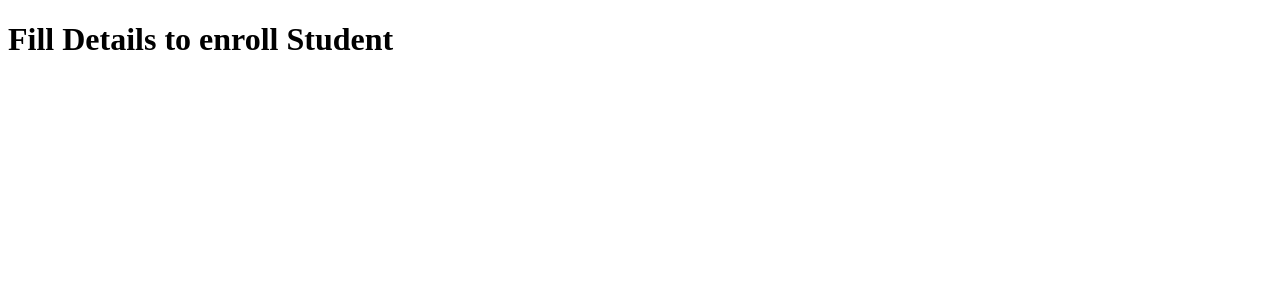
Repository: harshithkandula/Myfirstpractice
Page: ServletDemoJdbc/src/main/webapp/createStudent.html
An editor plug-in stored every save of this project. The page is shown before and after the next save, followed by the edit.
The browser window is 1280 px wide. The pictures show the whole page.

Above is the page before, as saved 2024-02-10 16:59:42.

After the next save:
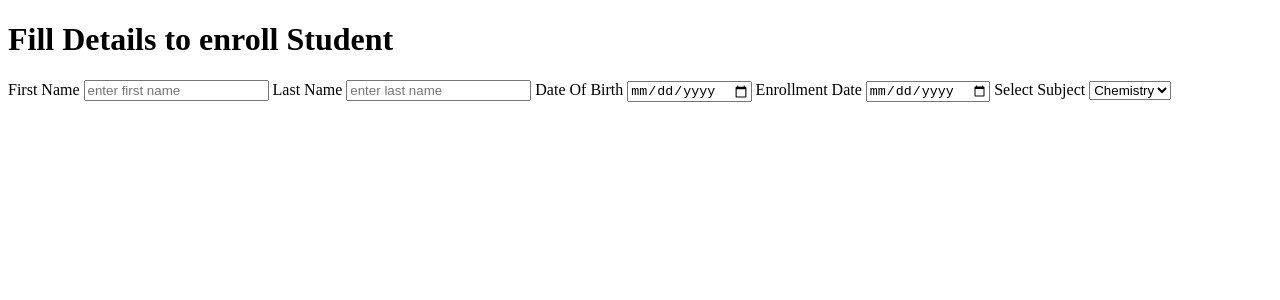
Saved 9 min 12 s later.
--- a/ServletDemoJdbc/src/main/webapp/createStudent.html
+++ b/ServletDemoJdbc/src/main/webapp/createStudent.html
@@ -6,5 +6,17 @@
 </head>
 <body>
     <h1>Fill Details to enroll Student</h1>
+    <label>First Name</label>
+    <input type="text" name="fname" placeholder="enter first name">
+    <label>Last Name</label>
+    <input type="text" name="lname" placeholder="enter last name">
+    <label>Date Of Birth</label>
+    <input type="date" name="dob">
+    <label>Enrollment Date</label>
+    <input type="date" name="edate">
+    <label>Select Subject</label>
+    <Select name="courses">
+        <option value="chemistry">Chemistry</option>
+    </Select>
 </body>
 </html>
